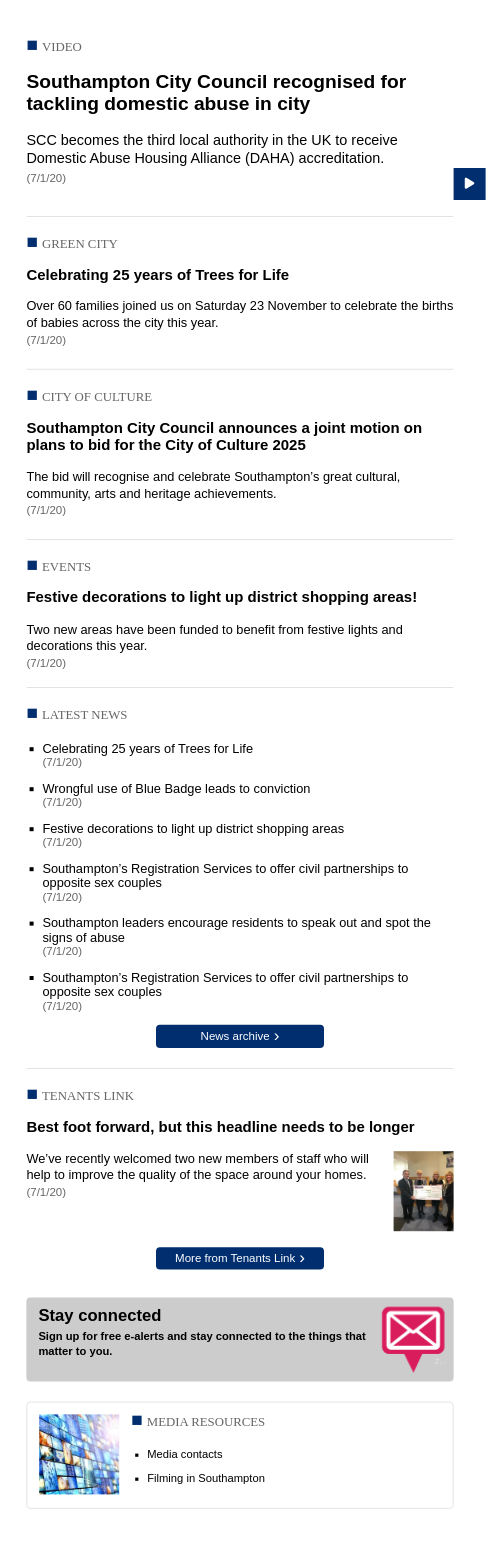
Repository: Domehead123/newspage
Page: index7.html
The author's editor kept a record of every edit. The page is drawn from the files as they stood at one moment, then again after the next edit.
The browser window is 600 px wide. The page is 607 px wide, then 600 px, so the pictures cover 607 px, including what lies to the right of the window. The pictures show the whole page, at 80% of full size.
Some web libraries are served in a nearby version.

Above is the page before.

### index7.html
<!DOCTYPE html>
<html lang="en">

<head>
    <meta charset="UTF-8">
    <meta name="viewport" content="width=device-width, initial-scale=1.0">
    <meta http-equiv="X-UA-Compatible" content="ie=edge">
    <script src="https://ajax.googleapis.com/ajax/libs/jquery/3.4.1/jquery.min.js"></script>

    <script src="https://kit.fontawesome.com/aae406265c.js" crossorigin="anonymous"></script>
    <link rel="stylesheet" href="https://cdnjs.cloudflare.com/ajax/libs/font-awesome/4.7.0/css/font-awesome.min.css">
    <link rel="stylesheet" href="news3.css" type="text/css" />
    <title>News & Events</title>
</head>

<body>
    <div class="page-width">

        <div class="split-page">
            <div class="top-row">
                <div class="top-story">

                    <a href="#"><span class="large-image-wrapper"><img class="top-large-pic" src="images/civic-centre-2.jpg"><span class="play"><i class="fas fa-play"></i></span></span></a>
                    <div class="subject-header">VIDEO</div>


                    <h2><a href="#">

Southampton City Council recognised for tackling domestic abuse in city</a></h2>
                    <p><a href="#"><span class="small-image-wrapper"><img class="top-small-pic" src="images/civic-centre-2.jpg"><span class="play"><i class="fas fa-play"></i></span></span>SCC becomes the third local authority in the UK to receive Domestic Abuse Housing Alliance (DAHA) accreditation. <span class="date">(7/1/20)</a></p>

                </div>
            </div>




            <div class="middle-row">
                <div class="topic right-border">
                    <div class="subject-header ">GREEN CITY</div>

                    <h3><a href="#">
Celebrating 25 years of Trees for Life
 </a></h3>
                    <p><a href="#">Over 60 families joined us on Saturday 23 November to celebrate the births of babies across the city this year.<span class="date">(7/1/20)</span></a></p>
                </div>
                <div class="topic right-border">
                    <div class="subject-header">CITY OF CULTURE</div>

                    <h3><a href="#">Southampton City Council announces a joint motion on plans to bid for the City of Culture 2025</a></h3>
                    <p><a href="#">The bid will recognise and celebrate Southampton’s great cultural, community, arts and heritage achievements. <span class="date">(7/1/20)</span></a></p>
                </div>

                <div class="topic">
                    <div class="subject-header ">EVENTS</div>

                    <h3><a href="#">
Festive decorations to light up district shopping areas!
 </a></h3>
                    <p><a href="#">Two new areas have been funded to benefit from festive lights and decorations this year. <span class="date">(7/1/20)</span></a></p>

                </div>

            </div>

            <div class="latest-news">
                <div class="subject-header">LATEST NEWS</div>

                <ul>
                    <li><a href="#">Celebrating 25 years of Trees for Life <span class="date">(7/1/20)</span></a></li>
                    <li><a href="#">Wrongful use of Blue Badge leads to conviction <span class="date">(7/1/20)</span></a></li>
                    <li><a href="#">Festive decorations to light up district shopping areas <span class="date">(7/1/20)</span></a></li>
                    <li><a href="#">Southampton’s Registration Services to offer civil partnerships to opposite sex couples<span class="date">(7/1/20)</span></a></li>
                    <li><a href="#">Southampton leaders encourage residents to speak out and spot the signs of abuse<span class="date">(7/1/20)</span></a></li>
                    <li><a href="#">Southampton’s Registration Services to offer civil partnerships to opposite sex couples<span class="date">(7/1/20)</span></a></li>
                </ul>
                <p class="more centre"><a href="#">News archive</a></p>
            </div>


            <div class="bottom-row">

                <div class="tenants-container">
                    <div class="tenants"><a href="#"><img class="bottom-large-pic" src="images/lipstick.jpg"></a>

                        <div class="subject-header ">TENANTS LINK</div>

                        <h3><a href="#">Best foot forward, but this headline needs to be longer</a></h3>
                        <p><a href="#"><img class="bottom-small-pic" src="images/lipstick.jpg">We’ve recently welcomed two new members of staff who will help to improve the quality of the space around your homes. <span class="date">(7/1/20)</span></a></p>

                    </div>
                    <p class="more"><a href="#">More from Tenants Link</a></p>
                </div>




            </div>




        </div>

        <div class="side-panel">

            <div class="latest-news">
                <div class="subject-header">LATEST NEWS</div>

                <ul>
                    <li><a href="#">Celebrating 25 years of Trees for Life <span class="date">(7/1/20)</span></a></li>
                    <li><a href="#">Wrongful use of Blue Badge leads to conviction <span class="date">(7/1/20)</span></a></li>
                    <li><a href="#">Festive decorations to light up district shopping areas <span class="date">(7/1/20)</span></a></li>
                    <li><a href="#">Southampton’s Registration Services to offer civil partnerships to opposite sex couples<span class="date">(7/1/20)</span></a></li>
                    <li><a href="#">Southampton leaders encourage residents to speak out and spot the signs of abuse<span class="date">(7/1/20)</span></a></li>
                    <li><a href="#">Southampton’s Registration Services to offer civil partnerships to opposite sex couples<span class="date">(7/1/20)</span></a></li>
                </ul>
            </div>
            <div class="extras">

                <div class="connected">

                    <a href="#"><img src="images/connected.png"></a>
                    <h2><a href="#">Stay connected</a></h2>

                    <p><a href="#">Sign up for free e-alerts and stay connected to the things that matter to you.</a></p>
                </div>

                <div class="media">
                    <a href="#"><img src="images/media2.jpg"></a>


                    <div class="subject-header">MEDIA RESOURCES</div>

                    <ul>
                        <li><a href="#">Media contacts</a></li>
                        <li><a href="#">Filming in Southampton</a></li>

                    </ul>

                </div>

            </div>






        </div>






</body>

</html>

### news3.css
/* REMOVE LEFT-HAND NAV */

.sidebar__content {
    display: none !important;
}

.page-body {
    left: 0 !important;
    width: 100% !important;
    font-size: 20px;
}

.page-width {
    max-width: 1168px;
    margin: 50px auto;
    padding: 0 25px;
}


/* GENERAL STYLING AND LINKS */

h2,
h3,
h4,
li,
p {
    font-family: "franklin-gothic-urw", sans-serif;
}


p {
    font-size: 18px;
    line-height: 130%;
}


a {
    color: #000;
    text-decoration: none;
    transition: 0.4s all;
}

.centre {
    margin: 0 auto;
}


.topic:hover a,
.top-story:hover a,
.tenants:hover a,
.latest-news a:hover,
.connected:hover a,
.more a:hover,
.media a:hover {
    text-decoration: underline;
}

.subject-header {
    color: #666;
}

.subject-header:before {
    content: "\25A0";
    line-height: 0;
    font-size: 1.5em;
    color: #002e6f;
    margin-right: 5px;
}

.date {
    color: #666;
    font-size: 14.4px;
    display: block;
}

/* MAIN CONTENT */

.split-page {
    display: inline-block;
    vertical-align: top;
    width: 70%;
}


.split-page .latest-news {
    padding: 25px 0;
    display: none;
    border-bottom: 1px solid #ddd;
    margin-bottom: 0;
}

.top-row {
    display: flex;
    border-bottom: 1px solid #ddd;
}

.middle-row {
    clear: both;
    display: flex;
    flex-wrap: wrap;
    border-bottom: 1px solid #ddd;
    padding: 25px 0 20px 0;
}

.bottom-row {
    clear: both;
    display: flex;
    padding: 25px 0;
}

.top-story {
    margin: 0;
    box-sizing: border-box;
    position: relative;
}

.top-story::after {
    content: "";
    clear: both;
    display: table;
}

.large-image-wrapper {
    display: block;
    margin: 0 0 20px 20px;
    height: 200px;
    float: right;
    position: relative;
}

.small-image-wrapper {
    display: none;
    float: right;
    margin: 0 0 20px 20px;
    height: 100px;
}

.large-image-wrapper img,
.small-image-wrapper img {
    height: 100%;
}

.play {
    display: block;
    width: 40px;
    height: 40px;
    background: #002e6f;
    position: absolute;
    left: 0;
    bottom: 0;
    float: right;
    color: #fff;
    text-align: center;

}

.large-image-wrapper .play {
    width: 40px;
    height: 40px;
    line-height: 40px;
}

.small-image-wrapper .play {
    width: 20px;
    height: 20px;
    line-height: 20px;
}



.large-video {
    float: right;
    width: 560px;
    height: 315px;
    margin: 0 0 20px 15px;
}

.small-video {
    display: none;
    width: 300px;
    height: 169px;
    float: right;
    margin: 0 0 20px 15px;
}

.topic {
    width: 33%;
    padding: 0 20px;
    box-sizing: border-box;
    display: inline-block;
    vertical-align: top;
}


.topic p {
    font-size: 16px;
    margin-bottom: 0;
}

.tenants p {
    font-size: 16px;
}

.topic:nth-child(1) {
    padding: 0 20px 0 0;
    border-right: 1px solid #ddd;
}

.topic:nth-child(2) {
    border-right: 1px solid #ddd;
}

.lower-stories {
    border-right: 1px solid #ddd;
}

.bottom-large-pic {
    height: 200px;
    margin-right: 20px;
    float: left;
}

.bottom-small-pic {
    display: none;
    float: right;
    margin: 0 0 20px 20px;
    height: 100px;
}

.tenants-container {
    margin-right: 20px;
    box-sizing: border-box;
    display: inline-block;
    vertical-align: top;
}

.more {
    font-size: 0.9em;
    background: #002e6f;
    width: 200px;
    padding: 5px;
    text-align: center;
    border-radius: 5px;
}

.tenants-container .more {
    float: left;
}

.more a {
    color: #fff;
}

.more::after {
    content: "\203A";
    color: #fff;
    font-size: 1.5em;
    line-height: 0;
    margin-left: 5px;
    position: relative;
    top: 1px;
}



/* SIDE PANEL */

.side-panel {
    display: inline-block;
    vertical-align: top;
    width: 27%;
    margin-left: 20px;
    border-left: 1px solid #ddd;
    padding-left: 20px;
    box-sizing: border-box;
}

.latest-news {
    margin-bottom: 1.5em;
}

.latest-news ul,
.media ul {
    padding: 0 0 0 20px;
    margin-top: 1.5em;
}

.latest-news ul li,
.media ul li {
    margin: 0 0 1em 0;
    font-size: 16px;
    list-style-type: square;
}

.extras {
    display: flex;
    flex-wrap: wrap;
}


.connected {
    background: #ccc;
    padding: 10px 10px 10px 15px;
    border-radius: 5px;
    margin-bottom: 30px;
    width: 100%;
    box-sizing: border-box;
}

.connected img {
    float: right;
    height: 85px;
    margin-left: 10px;
}

.connected h2 {
    font-size: 1.3em;
    margin: 0 0 5px 0;
}

.connected p {
    font-size: 14px;
    font-weight: bold;
    margin: 0;
}


.connected::after {
    content: "";
    clear: both;
    display: table;
}

.media {
    width: 100%;

}

.media img {
    float: left;
    width: 30%;
    margin-right: 15px;
}

.media ul {
    padding: 0 0 0 20px;
    margin-top: 1.5em;
    margin-bottom: 0;
    display: inline-block;
    box-sizing: border-box;
    width: 60%;
}

.media ul li {
    margin: 0 0 1em 0;
    list-style-type: square;
    font-size: 14px;
}

.extras {
    display: flex;
}

@media only screen and (max-width: 1150px) {
    .large-video {
        display: none;
    }

    .small-video {
        display: block;
    }

}


@media only screen and (max-width: 1000px) {
    .split-page {
        width: 100%;
    }

    .side-panel {
        width: 100%;
        border-left: 0;
        margin: 0;
        padding: 0;
    }

    .split-page .latest-news {
        display: block
    }

    .side-panel .latest-news {
        display: none;
    }

    .connected {
        width: 45%;
        margin-right: 25px;
        margin-bottom: 0;
    }

    .media {
        width: 45%;
        border: 1px solid #ddd;
        padding: 15px;
        border-radius: 5px;
        box-sizing: content-box;
    }

}


@media only screen and (max-width: 750px) {
    .top-large-pic {
        display: none;
    }

    .top-small-pic {
        display: block;
    }

    .bottom-large-pic {
        display: none;
    }

    .bottom-small-pic {
        display: block;
    }

    .tenants-container {
        margin-right: 0;
    }

    .tenants-container .more {
        float: none;
        margin: 10px auto;
        clear: both;
    }

}


@media only screen and (max-width: 660px) {
    .connected {
        width: 100%;
        margin-right: 0;
        margin-bottom: 25px;
    }

    .media {
        width: 100%;
    }

    .media img {
        height: 100px;
        width: auto;
    }



}


@media only screen and (max-width: 600px) {
    .topic {
        width: 100%;
    }

    .topic:nth-child(1) {
        padding: 0 0 25px 0;
        border-right: 0;
        border-bottom: 1px solid #ddd;
    }

    .topic:nth-child(2) {
        padding: 25px 0;
        border-right: 0;
        border-bottom: 1px solid #ddd;
    }

    .topic:nth-child(3) {
        padding: 25px 0 0 0;
    }

}

@media only screen and (max-width: 500px) {

    .small-video {
        width: 100%;
        min-height: 210px;
    }

}


@media only screen and (max-width: 450px) {

    .top-small-pic,
    .bottom-small-pic {
        height: auto;
        width: 100%;
    }

    .small-video {
        width: 100%;
        min-height: 230px;
    }

}



@media only screen and (max-width: 400px) {

    .media img {
        display: none;
    }


}

After the next edit:
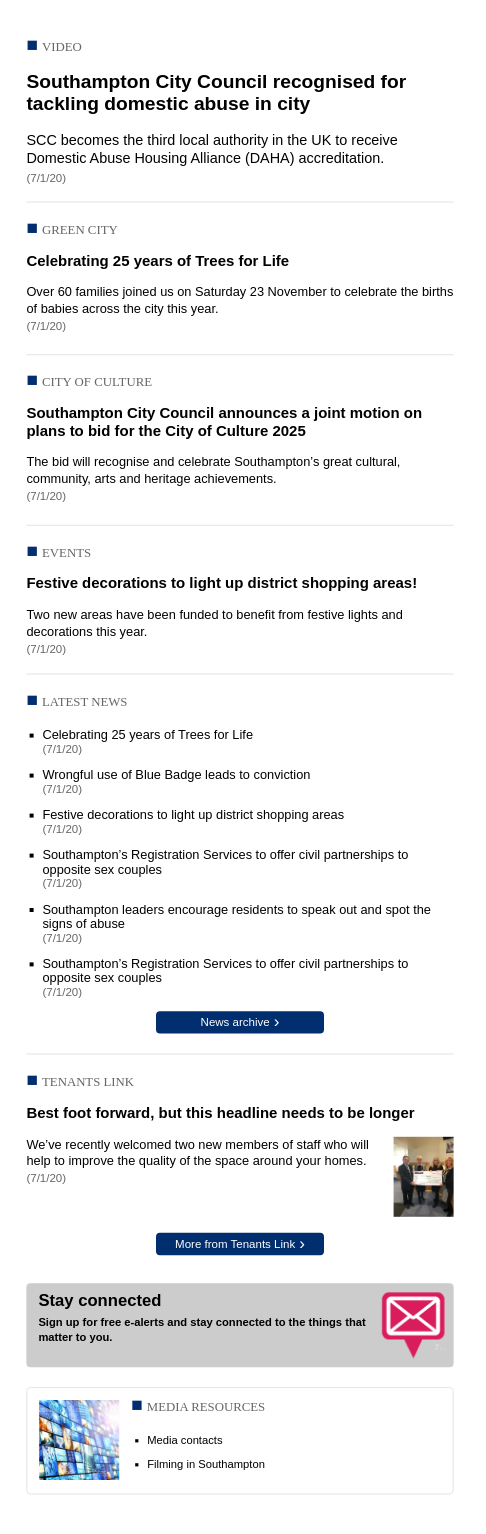
The edit:
--- a/news3.css
+++ b/news3.css
@@ -411,7 +411,7 @@
 
 
 @media only screen and (max-width: 750px) {
-    .top-large-pic {
+    .large-image-wrapper {
         display: none;
     }
 
